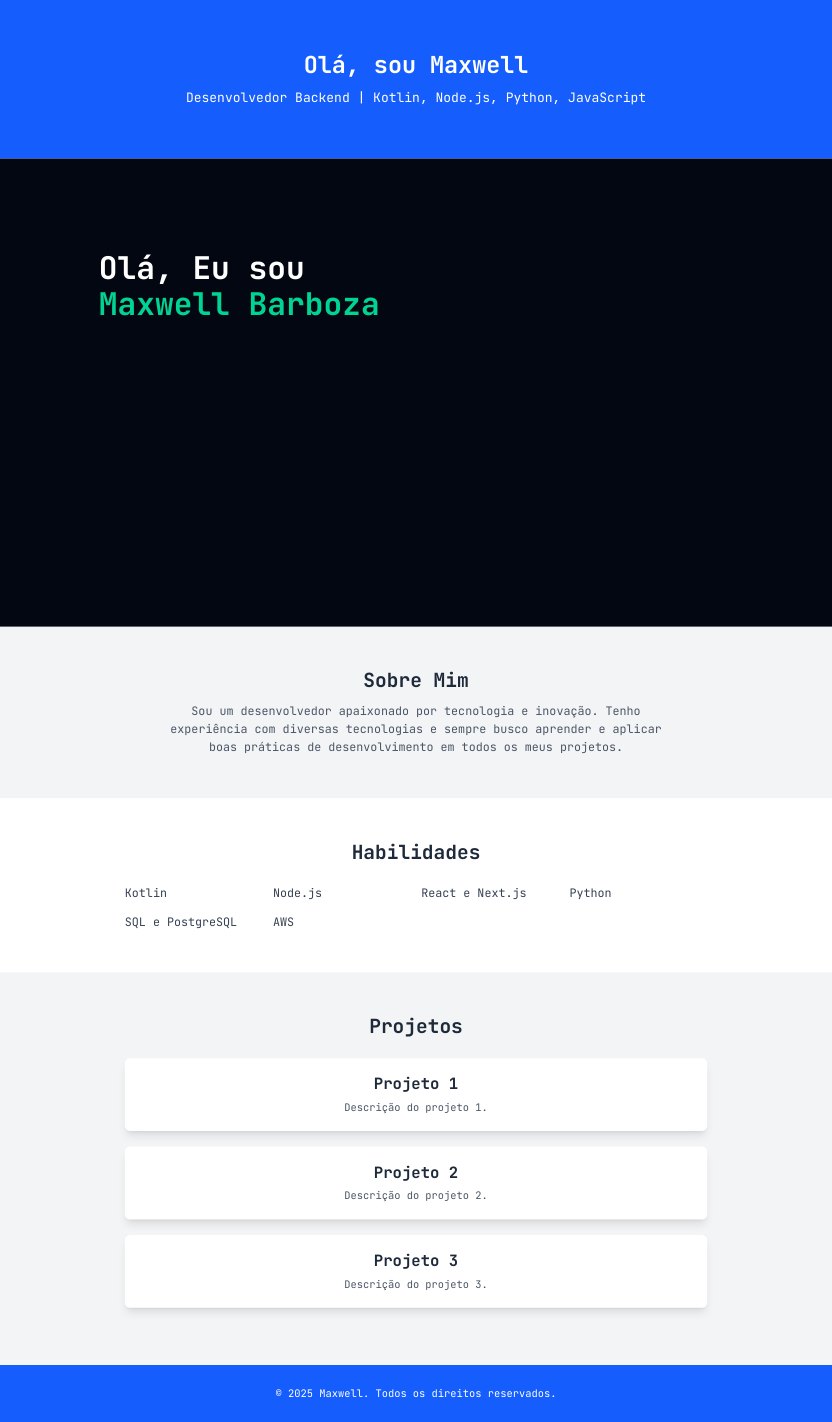
Repository: maxwelllbarboza/pagina-pessoal
Page: /
The author's editor kept a copy of each file at every save. The page is drawn from the files as they stood at one save, then again after the next save.
The browser window is 1280 px wide. The pictures show the whole page, at 65% of full size.
The project was rebuilt for these pictures with package versions that can differ from the ones it lists, and the page was loaded fresh each time. The framework's server and built-in components were replaced by stand-ins that run in the browser. Also part of the build but not shown: next.config.mjs, next.config.ts.

Above is the page before, as saved 2025-02-27 11:05:50.

After the next save:
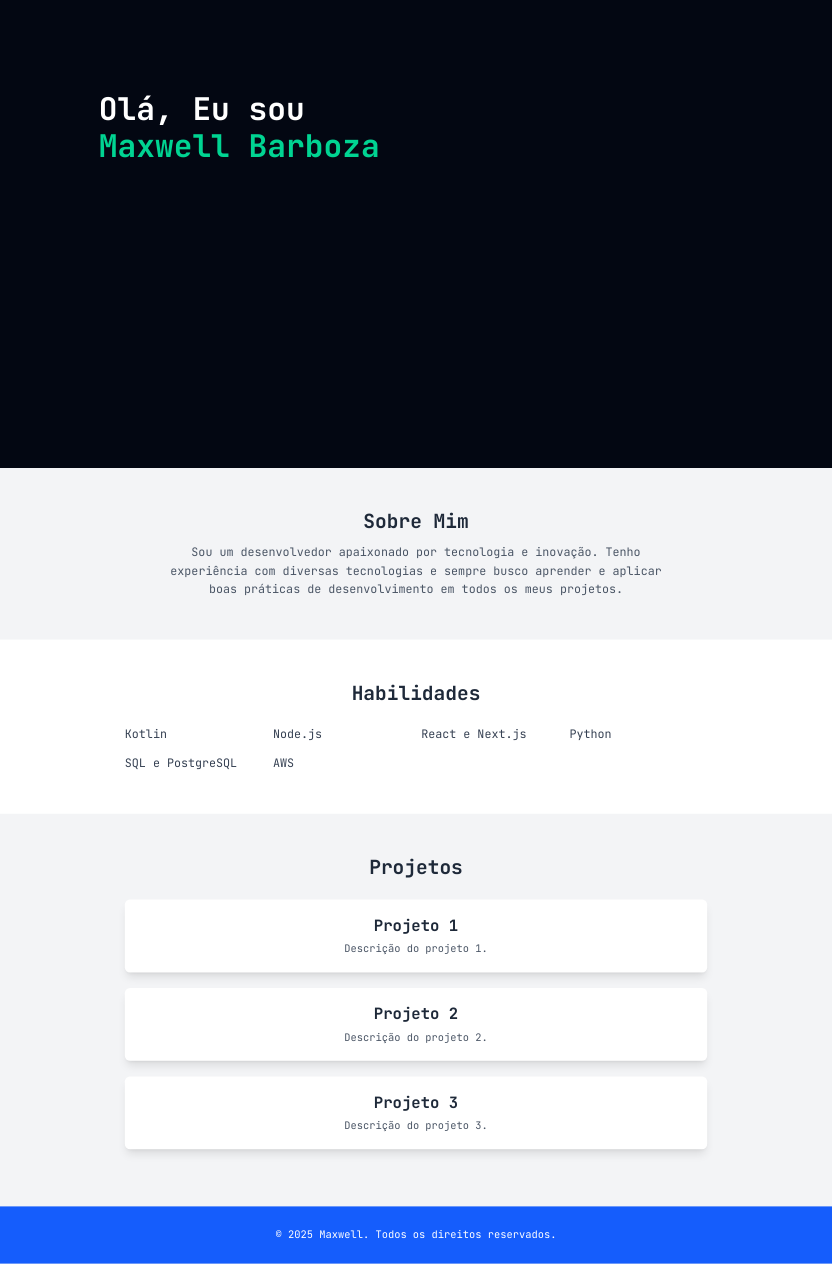
Saved 22 s later.
--- a/src/app/page.tsx
+++ b/src/app/page.tsx
@@ -18,11 +18,7 @@
       <link rel="icon" href="/favicon.ico" />
     </Head>
 
-    {/* Header */}
-    <header className="bg-blue-600 text-white text-center py-20">
-      <h1 className="text-4xl font-bold">Olá, sou Maxwell</h1>
-      <p className="text-xl mt-4">Desenvolvedor Backend | Kotlin, Node.js, Python, JavaScript</p>
-    </header>
+
 
     {/* Sobre mim */}
     <SobreMim/>
